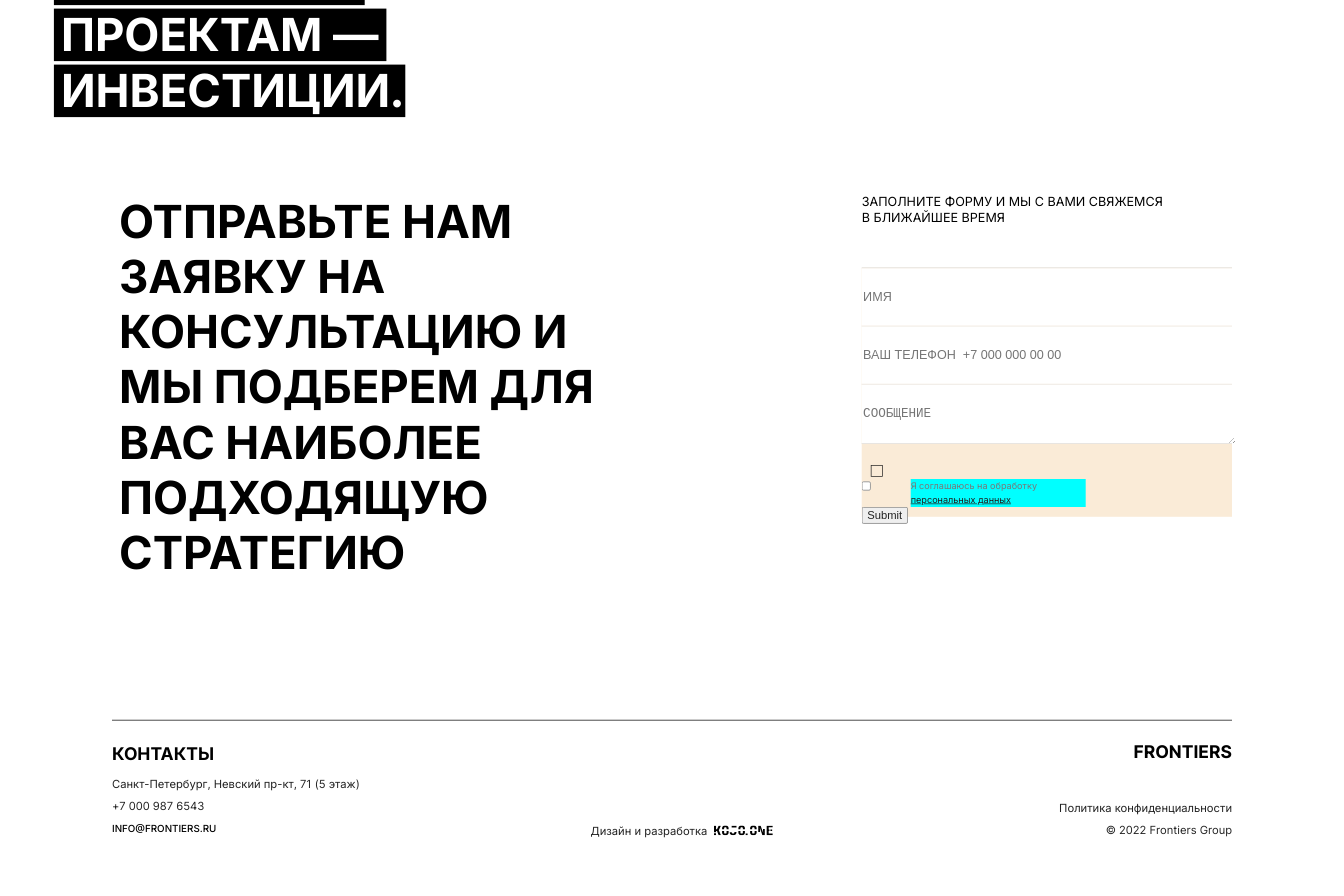
Repository: NadyaKorvin/frontiers
Page: /
An editor plug-in stored every save of this project. The page is shown before and after the next save, followed by the edit.
The browser window is 1280 px wide. The page is 1920 px wide, so the pictures cover 1920 px, including what lies to the right of the window. The pictures show the part of the page from y = 1385 to 2665 px (the page is 2665 px tall), at 70% of full size.
The project was rebuilt for these pictures with package versions that can differ from the ones it lists, and the page was loaded fresh each time.

Above is the page before, as saved 2022-05-23 18:47:20.

After the next save:
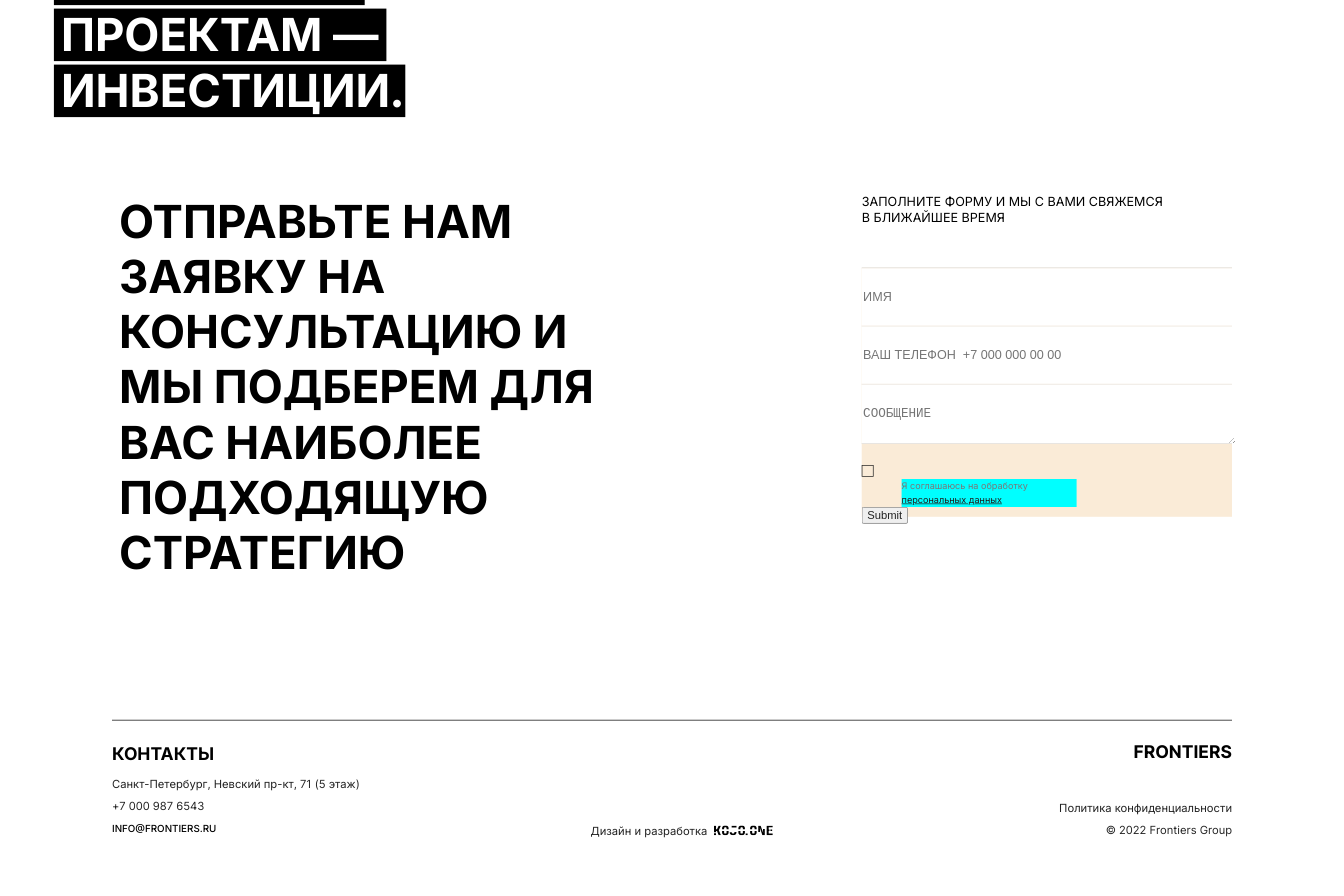
Saved 41 s later.
--- a/src/components/lastScreen/Form.module.css
+++ b/src/components/lastScreen/Form.module.css
@@ -50,6 +50,11 @@
   background-color: aqua;
 }
 
+.checkbox {
+    opacity: 0;
+    width: 0;
+  }
+
 .checkfake {
     display: block;
     width: 15px;
